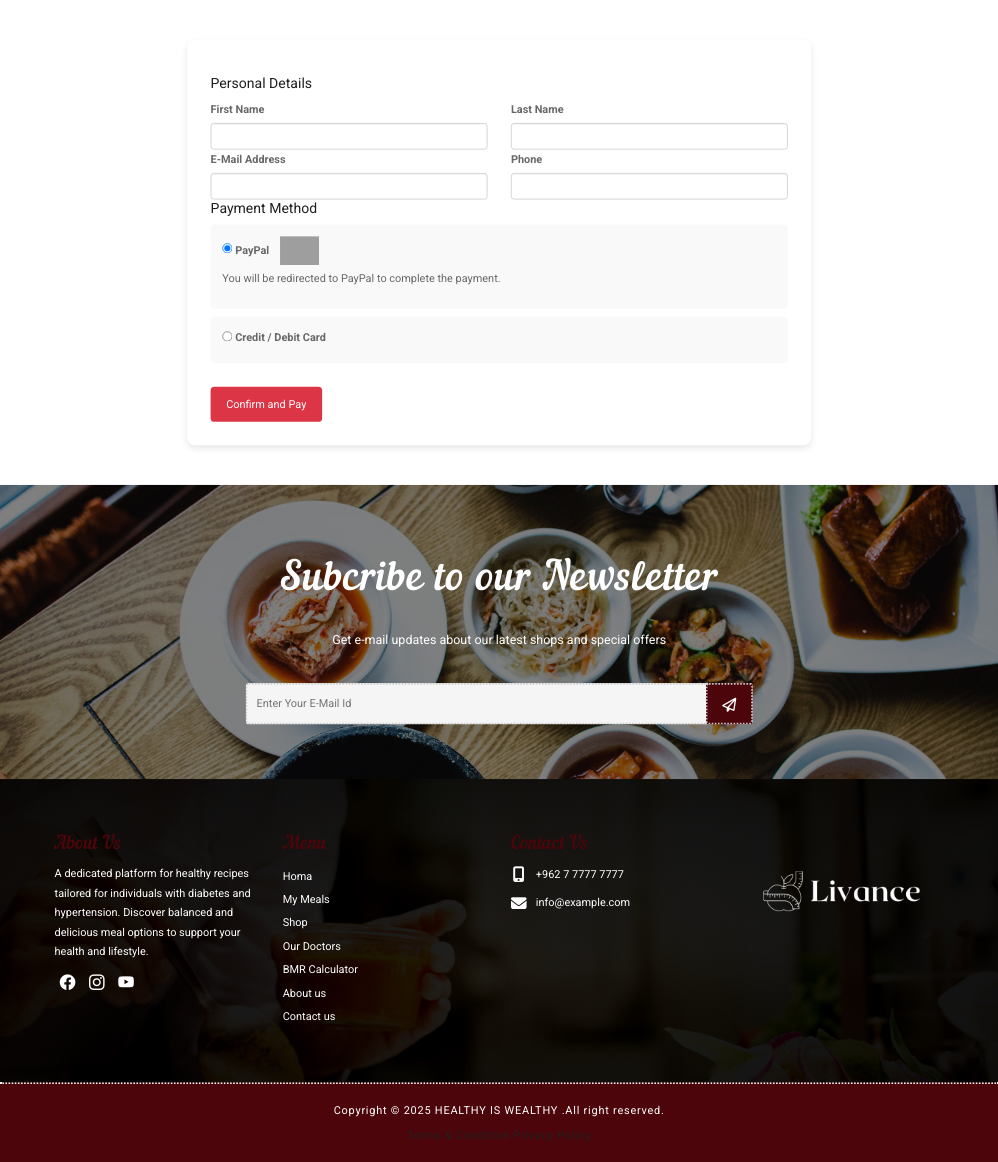
Repository: Surahailat/masterpiece
Page: masterpiece-p1/Payment .html
The author's editor kept a copy of each file at every save. The page is drawn from the files as they stood at one save, then again after the next save.
The browser window is 1280 px wide. The pictures show the part of the page from y = 360 to 1850 px (the page is 1850 px tall before and 1835 px after), at 78% of full size.
Pictures or frames that could not be fetched are drawn as grey boxes. Backgrounds fixed to the window are drawn as part of the page. Some web fonts or font styles are not loaded; a fallback is used. Some web libraries are served in a nearby version.

Above is the page before, as saved 2025-02-08 19:16:40.

After the next save:
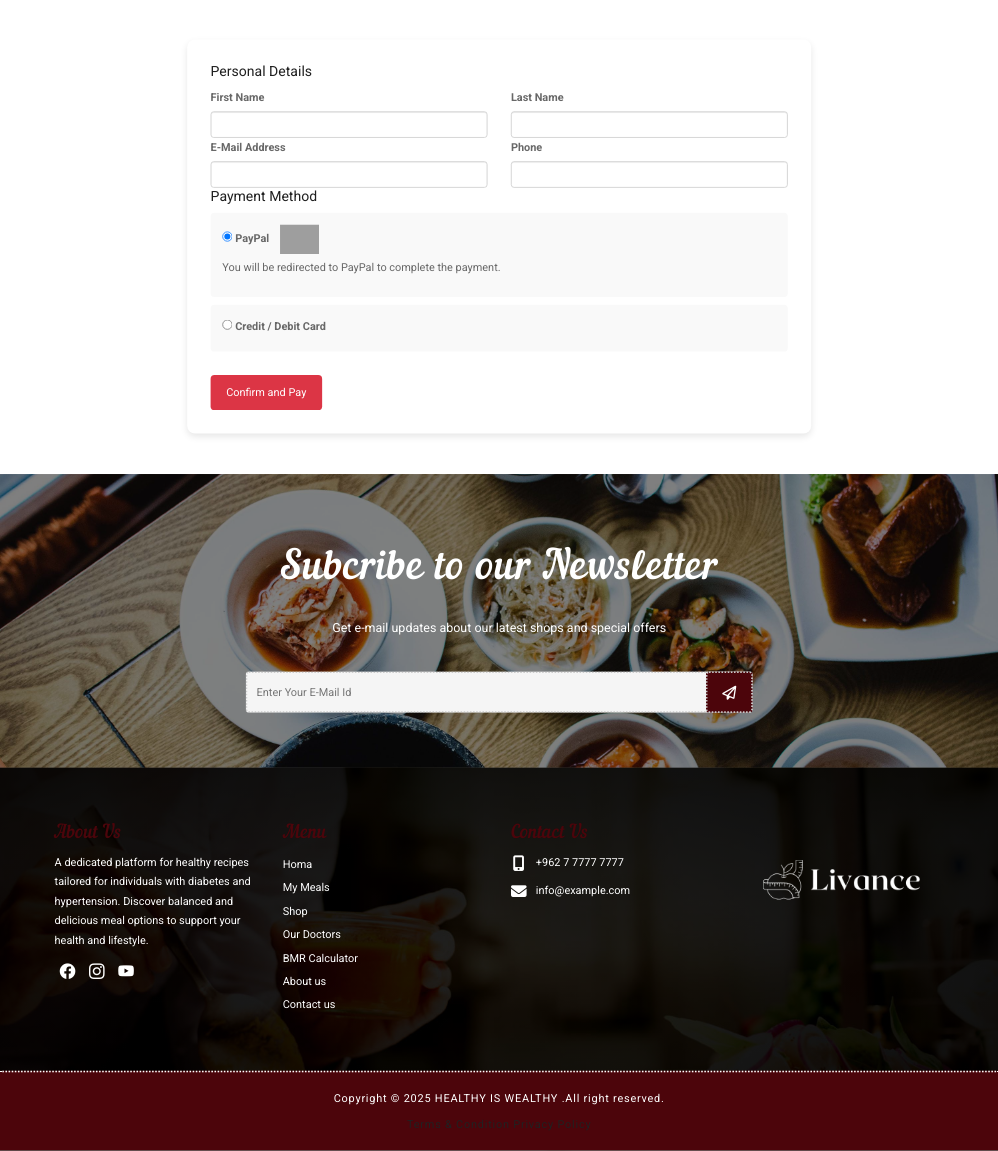
Saved 21 s later.
--- a/masterpiece-p1/Payment .html
+++ b/masterpiece-p1/Payment .html
@@ -125,7 +125,7 @@
 
 <section class="payment-section">
     <div class="container4">
-        <h3 class="mb-4" style="padding-top: 2%;">Personal Details</h3>
+        <h3 class="mb-4" >Personal Details</h3>
         <div class="row g-3">
             <div class="col-md-6">
                 <label for="firstName" class="form-label">First Name</label>

After the save that followed:
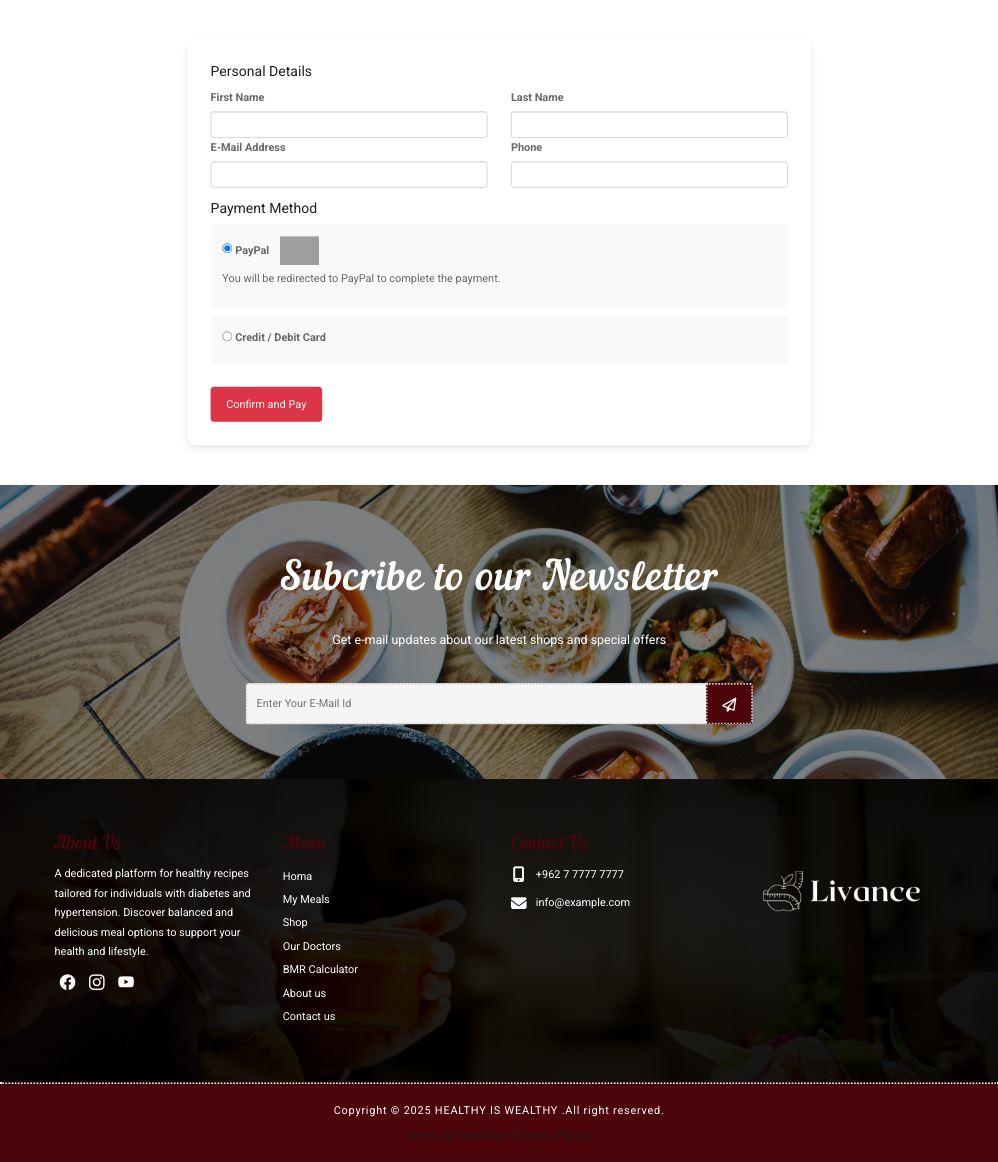
Saved 5 s later.
--- a/masterpiece-p1/Payment .html
+++ b/masterpiece-p1/Payment .html
@@ -145,7 +145,7 @@
             </div>
         </div>
 
-        <h3 class="mt-5 mb-4">Payment Method</h3>
+        <h3 class="mt-5 mb-4"  style="padding-top: 2%;">Payment Method</h3>
         <div>
             <div class="payment-tab">
                 <div class="form-check">
